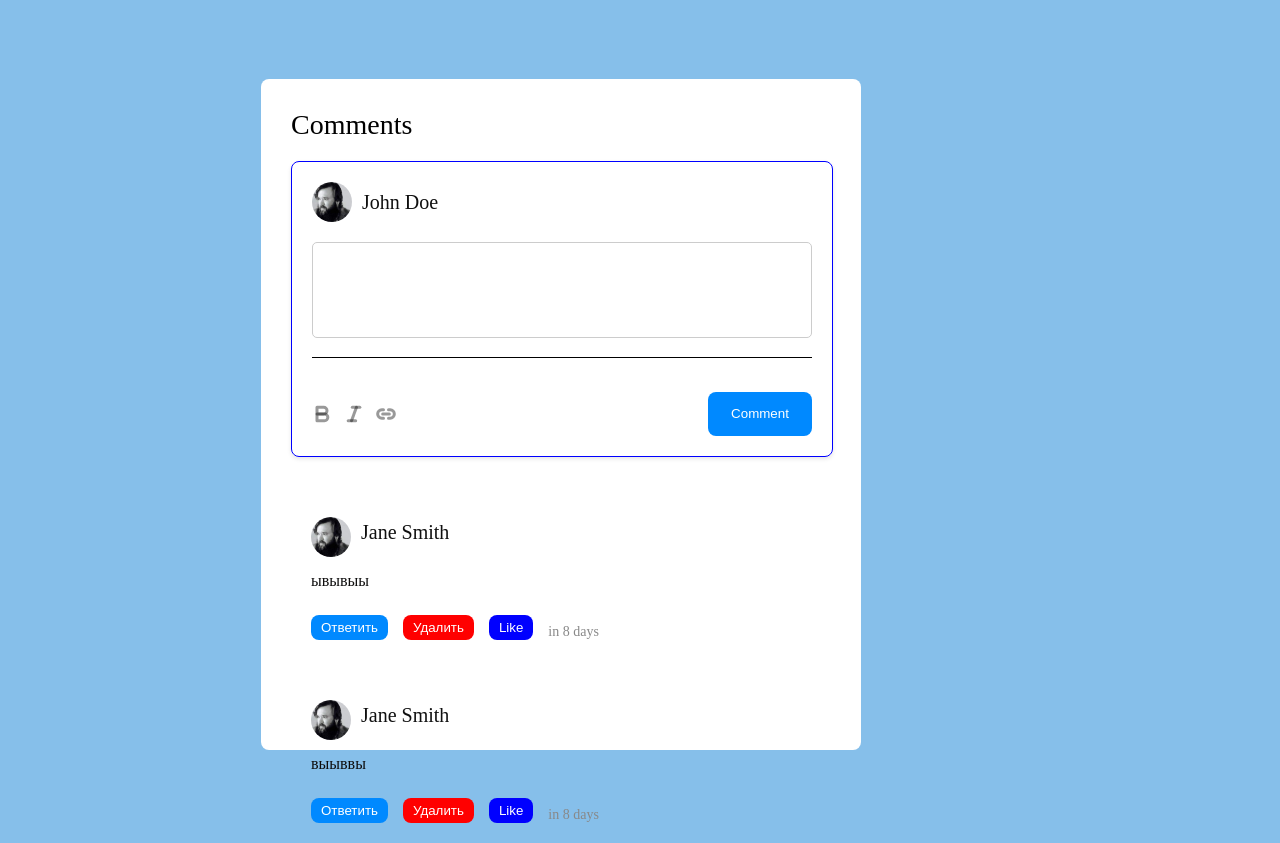
Repository: nikiforovki/appcommits
Page: /
The author's editor kept a copy of each file at every save. The page is drawn from the files as they stood at one save, then again after the next save.
The browser window is 1280 px wide. The pictures show the whole page.
The project was rebuilt for these pictures with package versions that can differ from the ones it lists, and the page was loaded fresh each time. Requests to the local data server were answered from the project's data file. Also part of the build but not shown: webpack.config.ts.

Above is the page before, as saved 2024-08-23 08:04:41.

### public/index.html
<!DOCTYPE html>
<html lang="en">
<head>
    <meta charset="UTF-8" />
    <meta name="viewport" content="width=device-width, initial-scale=1.0" />
    <meta http-equiv="X-UA-Compatible" content="ie=edge" />
    <title>React App</title>
</head>
<body>
<div id="root"></div>
</body>
</html>

### src/index.tsx
import React from 'react';
import { createRoot } from 'react-dom/client';
import App from './App';
import StoreProvider from './app/providers/StoreProvider';

const rootElement = document.getElementById('root');
const root = createRoot(rootElement);
root.render(
  <React.StrictMode>
    <StoreProvider>
      <App />
    </StoreProvider>
  </React.StrictMode>,
);

### src/App.tsx
import React from 'react';
import MainLayout from './Companents/MainLayout';
import './styles/GlobalStyles.css';

const App = () => {
  return <MainLayout />;
};

export default App;

// import React, { useState } from 'react';
// import MainLayout from '../src/Companents/MainLayout';
// import './styles/GlobalStyles.css';
// import {
//   useGetSomeDataQuery,
//   useAddCommitMutation,
//   useDeleteCommitMutation,
// } from '../api/rtkQuery';
//
// const App: React.FC = () => {
//   const [newCommit, setNewCommit] = useState('');
//   const { data = [], isLoading } = useGetSomeDataQuery();
//   const [addCommit, { isError }] = useAddCommitMutation();
//   const [deleteCommit] = useDeleteCommitMutation();
//
//   const handleAddCommit = async () => {
//     if (newCommit) {
//       try {
//         await addCommit({ name: newCommit }).unwrap();
//         setNewCommit('');
//       } catch (error) {
//         console.error('Failed to add commit: ', error);
//       }
//     }
//   };
//
//   const handleDeleteCommit = async (id: string) => {
//     try {
//       await deleteCommit(id).unwrap();
//     } catch (error) {
//       console.error('Failed to delete commit: ', error);
//     }
//   };
//
//   if (isLoading) return <h1>Loading...</h1>;
//
//   return (
//     <div>
//       <input
//         type="text"
//         value={newCommit}
//         onChange={(e) => setNewCommit(e.target.value)}
//       />
//       <button onClick={handleAddCommit}>Add Commit</button>
//       <div>
//         {/*<MainLayout />*/}
//         <ul>
//           {data.map((item) => (
//             <li key={item.id} onClick={() => handleDeleteCommit(item.id)}>
//               {item.name}
//             </li>
//           ))}
//         </ul>
//       </div>
//     </div>
//   );
// };
//
// export default App;

// import React, { useState } from 'react';
// import MainLayout from '../src/Companents/MainLayout';
// import './styles/GlobalStyles.css';
// import { useGetSomeDataQuery, useAddCommitMutation } from '../api/rtkQuery';
//
// const App: React.FC = () => {
//   const [count, setCount] = useState('');
//   const [newCommit, setNewCommit] = useState('');
//   const { data = [], isLoading } = useGetSomeDataQuery(count);
//   const [addCommit, { isError }] = useAddCommitMutation();
//
//   const handleAddCommit = async () => {
//     if ( newCommit) {
//       await addCommit({name: newCommit}.unwrap();
//       setNewCommit('')
//       )
//     }
//   }
//
//   if (isLoading) return <h1>Loading...</h1>;
//
//   return (
//     <div>
//       <input
//         type='text'
//         value={newCommit}
//         onChange={(e) => {handleAddCommit(e.target.value)}
//           />
//        <button onClick= {handleAddCommit}>Add Commit</button>
//     </div>
//     <div>
//       {/*<MainLayout />*/}
//       <ul>
//         {data.map((item) => (
//           <li key={item.id}>{item.name}</li>
//         ))}
//       </ul>
//     </div>
//   );
// };
//
// export default App;

### src/app/providers/StoreProvider.tsx
// src/app/providers/StoreProvider.tsx
import React from 'react';
import { Provider } from 'react-redux';
import { store } from './store';

interface StoreProviderProps {
  children: React.ReactNode;
}

const StoreProvider: React.FC<StoreProviderProps> = ({ children }) => {
  return <Provider store={store}>{children}</Provider>;
};

export default StoreProvider;

### src/Companents/MainLayout.tsx
import React, { useState, useEffect } from 'react';
import styled from 'styled-components';
import {
  useGetSomeDataQuery,
  useAddCommitMutation,
  useDeleteCommitMutation,
  useLikeCommentMutation,
  useUnlikeCommentMutation,
  useAddReplyMutation,
  useUpdateCommentMutation,
} from '../api/rtkQuery';
import { Comment } from '../api/types';
import { formatDistanceToNow } from 'date-fns';
import Skeleton from 'react-loading-skeleton';
import 'react-loading-skeleton/dist/skeleton.css';

const StyledContainer = styled.div<{ commentsCount: number }>`
  width: 600px;
  height: ${(props) =>
    `${props.commentsCount * 300}px`}; // Используем динамическую высоту
  min-height: 671px; // Минимальная высота
  position: absolute;
  top: 79px;
  left: 261px;
  border-radius: 8px;
  font-size: 28px;
  background-color: #ffffff;
  color: #0e0d0d;
`;

const StyledTitle = styled.div`
  margin-top: 30px;
  margin-left: 30px;
  color: black;
`;

const StyledCommentBorder = styled.div`
  width: 500px;
  height: 254px;
  margin-top: 20px;
  margin-left: 30px;
  margin-right: 30px;
  margin-bottom: 40px;
  border-radius: 8px;
  border: 1px solid blue;
  box-shadow: 0 2px 4px rgba(0, 0, 0, 0.1);
  padding: 20px;
  color: #333;
  display: flex;
  flex-direction: column;
  justify-content: space-between;
`;

const StyledUserContainer = styled.div`
  display: flex;
  align-items: center;
  gap: 10px;
  margin-bottom: 15px;
`;

const StyledName = styled.div`
  position: relative;
  font-size: 20px;
  color: #101010;
`;

const StyledTextarea = styled.textarea<{ isBold: boolean }>`
  font-size: 16px;
  font-weight: ${({ isBold }) => (isBold ? 'bold' : 'normal')};
  height: 84px;
  padding: 10px 10px 0 10px;
  border: 1px solid #ccc;
  border-radius: 5px;
  outline: none;
  word-break: break-all;
  white-space: pre-wrap;
  resize: none;
  &:focus {
    border-color: #007bff;
  }
`;

const StyledLine = styled.div`
  width: 100%;
  height: 2px;
  border-top: 1px solid #000000;
  margin-top: 15px;
`;

const IconsAndButtonContainer = styled.div`
  display: flex;
  align-items: center;
  gap: 12px;
  margin-top: 27px;
`;

const StyledButtonComment = styled.button`
  width: 108px;
  height: 44px;
  background-color: #0089ff;
  color: white;
  border: none;
  padding: 10px 20px;
  border-radius: 8px;
  cursor: pointer;
  margin-left: 300px;
  &:hover {
    background-color: #0056b3;
  }
`;

const StyledCommentContainer = styled.div`
  width: 500px;
  height: auto;
  margin-left: 30px;
  margin-bottom: 20px;
  padding: 20px;
  font-size: 16px;
`;

const StyledCommentName = styled.div`
  font-size: 20px;
  color: #101010;
  margin-bottom: 10px;
`;

const StyledCommentText = styled.div<{ isBold: boolean }>`
  font-weight: ${({ isBold }) => (isBold ? 'bold' : 'normal')};
  display: block;
  width: 100%;
  word-break: break-word;
  font-weight: ${({ isBold }) => (isBold ? 'bold' : 'normal')};
  margin-bottom: 15px;
`;

const StyledButtoncontainerComment = styled.div`
  display: flex;
  align-items: flex-end;
  word-break: break-word;
  gap: 15px;
`;

const StyledCommentTimestamp = styled.div`
  font-size: 14px;
  color: #888;
  margin-top: 10px;
`;

const StyledDeleteButton = styled.button`
  background-color: #ff0000;
  color: white;
  border: none;
  padding: 5px 10px;
  border-radius: 8px;
  cursor: pointer;
  margin-top: 10px;
  align-self: flex-end;
  &:hover {
    background-color: #cc0000;
  }
`;

const StyledLikeButton = styled.button<{ liked: boolean }>`
  background-color: ${({ liked }) => (liked ? 'red' : 'blue')};
  color: white;
  border: none;
  padding: 5px 10px;
  border-radius: 8px;
  cursor: pointer;
  margin-top: 10px;
  align-self: flex-end;
`;

const StyledReplyContainer = styled.div`
  margin-top: 10px;
  padding-left: 20px;
  border-left: 2px solid #ccc;
`;

const StyledReplyTextarea = styled.textarea`
  width: 100%;
  height: 60px;
  border-radius: 5px;
  outline: none;
  resize: none;
  &:focus {
    border-color: #007bff;
  }
`;

const StyledReplyButton = styled.button`
  background-color: #0089ff;
  color: white;
  border: none;
  padding: 5px 10px;
  border-radius: 8px;
  cursor: pointer;
  margin-top: 10px;
  &:hover {
    background-color: #0056b3;
  }
`;

const MainLayout: React.FC = () => {
  const [newComment, setNewComment] = useState('');
  const { data = [], isLoading, refetch } = useGetSomeDataQuery();
  const [addComment, { isError }] = useAddCommitMutation();
  const [deleteComment] = useDeleteCommitMutation();
  const [likeComment] = useLikeCommentMutation();
  const [unlikeComment] = useUnlikeCommentMutation();
  const [addReply] = useAddReplyMutation();
  const [updateComment] = useUpdateCommentMutation(); // Хук для обновления комментария
  const [commentsCount, setCommentsCount] = useState(0);
  const [replyText, setReplyText] = useState('');
  const [replyTo, setReplyTo] = useState<string | null>(null);
  const [textFormatting, setTextFormatting] = useState<{
    [key: string]: boolean;
  }>({});
  const [isLocalLoading, setIsLocalLoading] = useState(true);

  useEffect(() => {
    setCommentsCount(data.length);
    if (!isLoading) {
      setIsLocalLoading(false);
    }
  }, [data, isLoading]);

  const handleAddComment = async () => {
    if (newComment) {
      try {
        const commitData: Partial<Comment> = {
          id: Date.now().toString(),
          img: '/img/IconMan.svg',
          author: 'Jane Smith',
          text: newComment,
          timestamp: new Date().toISOString(),
          liked: false,
          isBold: false,
          replies: [],
        };
        await addComment(commitData).unwrap();
        setNewComment('');
        refetch();
      } catch (error) {
        console.error('Не удалось добавить коммит: ', error);
      }
    }
  };

  const handleDeleteComment = async (id: string) => {
    try {
      await deleteComment(id).unwrap();
      refetch();
    } catch (error) {
      console.error('Не удалось удалить коммит: ', error);
    }
  };

  const handleLikeOrUnlike = async (id: string, action: 'like' | 'unlike') => {
    try {
      const commentIndex = data.findIndex((c) => c.id === id);
      if (commentIndex !== -1) {
        let newLikedState = data[commentIndex].liked;
        if (action === 'like') {
          newLikedState = true;
          await likeComment(id).unwrap();
        } else if (action === 'unlike') {
          newLikedState = false;
          await unlikeComment(id).unwrap();
        }
        const updatedData = [...data];
        updatedData[commentIndex] = {
          ...updatedData[commentIndex],
          liked: newLikedState,
        };
        refetch();
      }
    } catch (error) {
      if (error.status === 404) {
        console.error(`Комментарий ${id} не найден`);
      } else {
        console.error(
          `${action === 'like' ? 'Лайк' : 'Антилайк'} не удалось: `,
          error,
        );
      }
    }
  };

  const handleReply = async (commentId: string) => {
    if (replyText) {
      try {
        const replyData = {
          author: 'John Doe',
          text: replyText,
          timestamp: new Date().toISOString(),
        };
        await addReply({ commentId, ...replyData }).unwrap();
        setReplyText('');
        setReplyTo(null);
        refetch();
      } catch (error) {}
    }
  };

  const toggleBoldFormatting = async (id: string) => {
    const newIsBold = !textFormatting[id];
    setTextFormatting((prevFormatting) => ({
      ...prevFormatting,
      [id]: newIsBold,
    }));

    try {
      await updateComment({ id, isBold: newIsBold }).unwrap();
      refetch();
    } catch (error) {
      console.error('Не удалось обновить комментарий: ', error);
    }
  };

  const parseDate = (dateString: string) => {
    const parsed = Date.parse(dateString.replace(',', ''));
    return isNaN(parsed) ? null : new Date(parsed);
  };

  if (isLocalLoading) {
    return (
      <div style={{ position: 'relative' }}>
        <StyledContainer commentsCount={commentsCount}>
          <StyledTitle>Comments</StyledTitle>
          <StyledCommentBorder>
            <StyledUserContainer>
              <img
                src="/img/IconMan.svg"
                alt="Описание изображения"
                width="40"
                height="40"
              />
              <StyledName>John Doe</StyledName>
            </StyledUserContainer>
            <StyledTextarea
              value={newComment}
              onChange={(e) => setNewComment(e.target.value)}
              isBold={textFormatting['newComment'] || false}
            />
            <StyledLine />

            <IconsAndButtonContainer>
              <img
                src="/img/IconBoldText.svg"
                alt="Иконка форматирования текста"
                width="20"
                height="20"
                onClick={() => toggleBoldFormatting('newComment')}
                style={{ cursor: 'pointer' }}
              />
              <img
                src="/img/IconItalicText.svg"
                alt="Иконка курсива"
                width="20"
                height="20"
              />
              <img
                src="/img/IconLink.svg"
                alt="Иконка ссылка"
                width="20"
                height="20"
              />

              <StyledButtonComment onClick={handleAddComment}>
                Comment
              </StyledButtonComment>
            </IconsAndButtonContainer>
          </StyledCommentBorder>

          {[...Array(commentsCount || 0)].map((_, index) => (
            <StyledCommentContainer key={index}>
              <StyledUserContainer>
                <Skeleton circle width={40} height={40} color="darkgray" />
                <Skeleton width={80} height={20} color="darkgray" />
              </StyledUserContainer>
              <Skeleton width="100%" height={60} color="darkgray" />
              <StyledButtoncontainerComment>
                <Skeleton width={80} height={30} color="darkgray" />
                <Skeleton width={80} height={30} color="darkgray" />
                <Skeleton width={50} height={30} color="darkgray" />
                <Skeleton width={100} height={30} color="darkgray" />
              </StyledButtoncontainerComment>
            </StyledCommentContainer>
          ))}
        </StyledContainer>
      </div>
    );
  }

  return (
    <div style={{ position: 'relative' }}>
      <StyledContainer commentsCount={commentsCount}>
        <StyledTitle>Comments</StyledTitle>
        <StyledCommentBorder>
          <StyledUserContainer>
            <img
              src="/img/IconMan.svg"
              alt="Описание изображения"
              width="40"
              height="40"
            />
            <StyledName>John Doe</StyledName>
          </StyledUserContainer>
          <StyledTextarea
            value={newComment}
            onChange={(e) => setNewComment(e.target.value)}
            isBold={textFormatting['newComment'] || false}
          />
          <StyledLine />

          <IconsAndButtonContainer>
            <img
              src="/img/IconBoldText.svg"
              alt="Иконка форматирования текста"
              width="20"
              height="20"
              onClick={() => toggleBoldFormatting('newComment')}
              style={{ cursor: 'pointer' }}
            />
            <img
              src="/img/IconItalicText.svg"
              alt="Иконка курсива"
              width="20"
              height="20"
            />
            <img
              src="/img/IconLink.svg"
              alt="Иконка ссылка"
              width="20"
              height="20"
            />

            <StyledButtonComment onClick={handleAddComment}>
              Comment
            </StyledButtonComment>
          </IconsAndButtonContainer>
        </StyledCommentBorder>

        {data
          .slice()
          .reverse()
          .map((item) => {
            const parsedDate = parseDate(item.timestamp);
            return (
              <StyledCommentContainer key={item.id}>
                <StyledUserContainer>
                  {item.img ? (
                    <img src={item.img} alt="Commit Image" />
                  ) : (
                    <Skeleton circle width={40} height={40} color="red" />
                  )}
                  {item.author ? (
                    <StyledCommentName>{item.author}</StyledCommentName>
                  ) : (
                    <Skeleton width={80} height={20} color="red" />
                  )}
                </StyledUserContainer>
                <StyledCommentText isBold={textFormatting[item.id] || false}>
                  {item.text}
                </StyledCommentText>
                <StyledButtoncontainerComment>
                  {replyTo === item.id ? (
                    <>
                      <StyledReplyContainer>
                        <StyledReplyTextarea
                          value={replyText}
                          onChange={(e) => setReplyText(e.target.value)}
                        />
                        <StyledReplyButton onClick={() => handleReply(item.id)}>
                          Отправить ответ
                        </StyledReplyButton>
                      </StyledReplyContainer>
                    </>
                  ) : (
                    <>
                      <StyledReplyButton onClick={() => setReplyTo(item.id)}>
                        Ответить
                      </StyledReplyButton>
                      {!replyTo && (
                        <>
                          <StyledDeleteButton
                            onClick={() => handleDeleteComment(item.id)}
                          >
                            Удалить
                          </StyledDeleteButton>
                          <StyledLikeButton
                            liked={item.liked}
                            onClick={() =>
                              handleLikeOrUnlike(
                                item.id,
                                item.liked ? 'unlike' : 'like',
                              )
                            }
                          >
                            {item.liked ? 'Unlike' : 'Like'} {item.likes}
                          </StyledLikeButton>
                          <StyledCommentTimestamp>
                            {parsedDate &&
                              formatDistanceToNow(parsedDate, {
                                addSuffix: true,
                              })}
                          </StyledCommentTimestamp>
                        </>
                      )}
                    </>
                  )}
                </StyledButtoncontainerComment>
                {item.replies && item.replies.length > 0 && (
                  <StyledReplyContainer>
                    {item.replies.map((reply) => {
                      const parsedReplyDate = parseDate(reply.timestamp);
                      return (
                        <div key={reply.id}>
                          <StyledCommentName>{reply.author}</StyledCommentName>
                          <StyledCommentText isBold={false}>
                            {reply.text}
                          </StyledCommentText>
                          <StyledCommentTimestamp>
                            {parsedReplyDate &&
                              formatDistanceToNow(parsedReplyDate, {
                                addSuffix: true,
                              })}
                          </StyledCommentTimestamp>
                        </div>
                      );
                    })}
                  </StyledReplyContainer>
                )}
              </StyledCommentContainer>
            );
          })}
      </StyledContainer>
    </div>
  );
};

export default MainLayout;

### src/styles/GlobalStyles.css

body {
  margin: 0;
  padding: 0;
  background-color: rgba(66, 155, 223, 0.64);
}

### src/app/providers/store.ts
import { configureStore } from '@reduxjs/toolkit';
import rtkQueryApi from '../../api/rtkQuery';

export const store = configureStore({
  reducer: {
    [rtkQueryApi.reducerPath]: rtkQueryApi.reducer,
  },
  middleware: (getDefaultMiddleware) =>
    getDefaultMiddleware().concat(rtkQueryApi.middleware),
});

### src/api/rtkQuery.ts
import { createApi, fetchBaseQuery } from '@reduxjs/toolkit/query/react';
import { Comment, Reply } from './types';

const rtkQueryApi = createApi({
  reducerPath: 'commentApi',
  baseQuery: fetchBaseQuery({ baseUrl: 'http://localhost:3000' }),
  tagTypes: ['Comment'],
  endpoints: (builder) => ({
    getSomeData: builder.query<Comment[], void>({
      query: () => 'comments',
      providesTags: (result) =>
        result
          ? [
              ...result.map(({ id }) => ({ type: 'Comment' as const, id })),
              { type: 'Comment' as const, id: 'LIST' },
            ]
          : [{ type: 'Comment' as const, id: 'LIST' }],
    }),
    addCommit: builder.mutation<Comment, Partial<Comment>>({
      query: (body) => ({
        url: 'comments',
        method: 'POST',
        body,
      }),
      invalidatesTags: [{ type: 'Comment' as const, id: 'LIST' }],
    }),
    deleteCommit: builder.mutation<void, string>({
      query: (id) => ({
        url: `comments/${id}`,
        method: 'DELETE',
      }),
      invalidatesTags: (result, error, id) => [
        { type: 'Comment' as const, id },
      ],
    }),
    likeComment: builder.mutation<Comment, string>({
      query: (id) => ({
        url: `comments/${id}`,
        method: 'PATCH',
        body: { liked: true },
      }),
      invalidatesTags: (result, error, id) => [
        { type: 'Comment' as const, id },
      ],
    }),
    unlikeComment: builder.mutation<Comment, string>({
      query: (id) => ({
        url: `comments/${id}`,
        method: 'PATCH',
        body: { liked: false },
      }),
      invalidatesTags: (result, error, id) => [
        { type: 'Comment' as const, id },
      ],
    }),
    addReply: builder.mutation<Comment, Partial<Reply>>({
      query: (body) => ({
        url: `comments/${body.commentId}/replies`,
        method: 'POST',
        body: {
          author: body.author,
          text: body.text,
          timestamp: new Date().toISOString(),
        },
      }),
      invalidatesTags: (result, error, { commentId }) => [
        { type: 'Comment' as const, id: commentId },
      ],
    }),
    updateComment: builder.mutation<Comment, Partial<Comment>>({
      query: (body) => ({
        url: `comments/${body.id}`,
        method: 'PATCH',
        body,
      }),
      invalidatesTags: (result, error, { id }) => [
        { type: 'Comment' as const, id },
      ],
    }),
  }),
});

export const {
  useGetSomeDataQuery,
  useAddCommitMutation,
  useDeleteCommitMutation,
  useLikeCommentMutation,
  useUnlikeCommentMutation,
  useAddReplyMutation,
  useUpdateCommentMutation,
} = rtkQueryApi;
export default rtkQueryApi;

### db.json
{
  "comments": [
    {
      "id": "1724389451670",
      "img": "/img/IconMan.svg",
      "author": "Jane Smith",
      "text": "выыввы",
      "timestamp": "2024-08-23T05:04:11.670Z",
      "liked": false,
      "isBold": false,
      "replies": []
    },
    {
      "id": "1724389458349",
      "img": "/img/IconMan.svg",
      "author": "Jane Smith",
      "text": "ывывыы",
      "timestamp": "2024-08-23T05:04:18.349Z",
      "liked": false,
      "isBold": true,
      "replies": []
    }
  ]
}

After the next save:
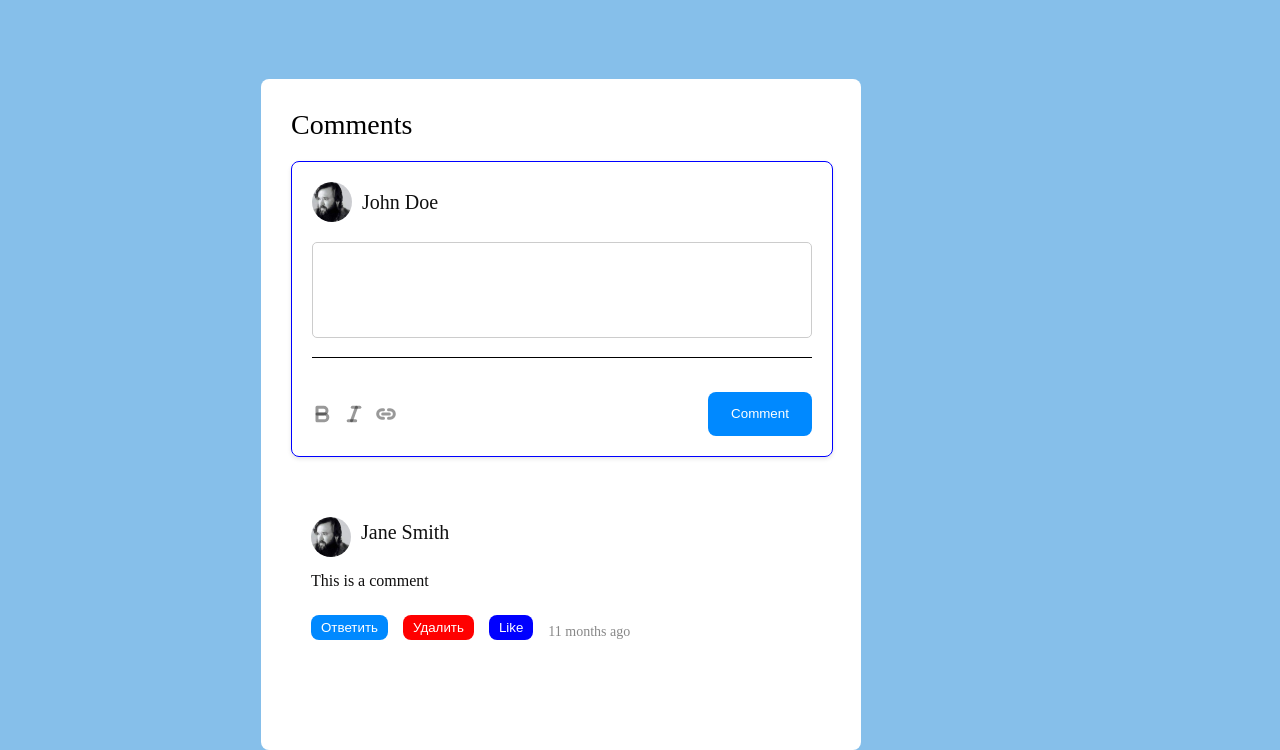
Saved 93 s later.
--- a/db.json
+++ b/db.json
@@ -1,23 +1,13 @@
 {
   "comments": [
     {
-      "id": "1724389451670",
+      "id": "1",
       "img": "/img/IconMan.svg",
       "author": "Jane Smith",
-      "text": "выыввы",
-      "timestamp": "2024-08-23T05:04:11.670Z",
+      "text": "This is a comment",
+      "timestamp": "2023-10-01T12:00:00.000Z",
       "liked": false,
       "isBold": false,
-      "replies": []
-    },
-    {
-      "id": "1724389458349",
-      "img": "/img/IconMan.svg",
-      "author": "Jane Smith",
-      "text": "ывывыы",
-      "timestamp": "2024-08-23T05:04:18.349Z",
-      "liked": false,
-      "isBold": true,
       "replies": []
     }
   ]
